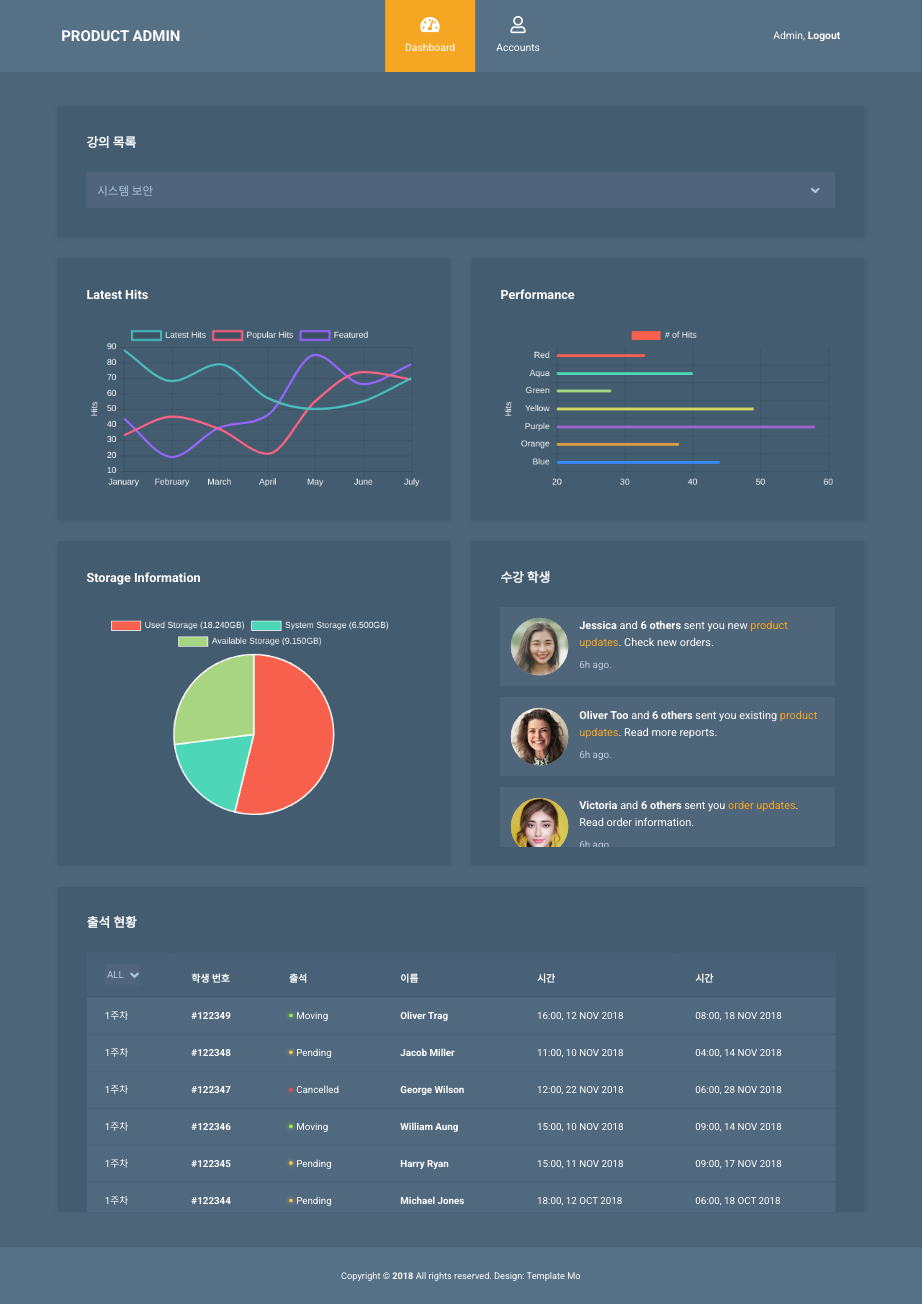
Repository: YJ-S2/2019-FaceAPI
Page: test1-master/web/123/WebContent/web1.html
The author's editor kept a copy of each file at every save. The page is drawn from the files as they stood at one save, then again after the next save.
The browser window is 1280 px wide. The pictures show the whole page, at 72% of full size.
An inner scrolling area shows only its first screen.

Above is the page before, as saved 2019-08-07 06:18:59.

### test1-master/web/123/WebContent/web1.html
<!DOCTYPE html>
<html lang="en">

<head>
    <meta charset="UTF-8">
    <meta name="viewport" content="width=device-width, initial-scale=1.0">
    <meta http-equiv="X-UA-Compatible" content="ie=edge">
    <title>Product Admin - Dashboard HTML Template</title>
    <link rel="stylesheet" href="https://fonts.googleapis.com/css?family=Roboto:400,700">
    <!-- https://fonts.google.com/specimen/Roboto -->
    <link rel="stylesheet" href="css/fontawesome.min.css">
    <!-- https://fontawesome.com/ -->
    <link rel="stylesheet" href="css/bootstrap.min.css">
    <!-- https://getbootstrap.com/ -->
    <link rel="stylesheet" href="css/templatemo-style.css">
    <!--
	Product Admin CSS Template
	https://templatemo.com/tm-524-product-admin
	-->
	<style>
	.custom-select30 {
	  width: 70%;
	  border: none;
	  color: #acc6de;
	  height: 30px;
	  -webkit-appearance: none;
	  -moz-appearance: none;
	  -ms-appearance: none;
	  -o-appearance: none;
	  appearance: none;
	  -webkit-border-radius: 0;
	  -moz-border-radius: 0;
	  -ms-border-radius: 0;
	  -o-border-radius: 0;
	  border-radius: 0;
	  padding: 3px;
	  background: url(../img/arrow-down.png) 98% no-repeat #50657b;
	}
	</style>
</head>

<body id="reportsPage">
    <div class="" id="home">
        <nav class="navbar navbar-expand-xl">
            <div class="container h-100">
                <a class="navbar-brand" href="index.html">
                    <h1 class="tm-site-title mb-0">Product Admin</h1>
                </a>
                <button class="navbar-toggler ml-auto mr-0" type="button" data-toggle="collapse" data-target="#navbarSupportedContent"
                    aria-controls="navbarSupportedContent" aria-expanded="false" aria-label="Toggle navigation">
                    <i class="fas fa-bars tm-nav-icon"></i>
                </button>

                <div class="collapse navbar-collapse" id="navbarSupportedContent">
                    <ul class="navbar-nav mx-auto h-100">
                        <li class="nav-item">
                            <a class="nav-link active" href="#">
                                <i class="fas fa-tachometer-alt"></i>
                                Dashboard
                                <span class="sr-only">(current)</span>
                            </a>
                        </li>

                        <li class="nav-item">
                            <a class="nav-link" href="http://localhost:9089/123/accounts.html">
                                <i class="far fa-user"></i>
                                Accounts
                            </a>
                        </li>
                    </ul>
                    <ul class="navbar-nav">
                        <li class="nav-item">
                            <a class="nav-link d-block" href="login.html">
                                Admin, <b>Logout</b>
                            </a>
                        </li>
                    </ul>
                </div>
            </div>

        </nav>
        <div class="container mt-5">
            <div class="row tm-content-row">
		          <div class="col-12 tm-block-col">
		            <div class="tm-bg-primary-dark tm-block tm-block-h-auto">
		              <h2 class="tm-block-title">강의 목록</h2>
		              <select class="custom-select">
		                <option value="0">시스템 보안</option>
		                <option value="1">모바일 소프트웨어</option>
		                <option value="2">시스템 프로그래밍</option>
		                <option value="3">데이터베이스 개론</option>
		                <option value="4">컴퓨터 구조</option>
		              </select>
		            </div>
		          </div>
		        </div>
            <!-- row -->
            <div class="row tm-content-row">

                <div class="col-sm-12 col-md-12 col-lg-6 col-xl-6 tm-block-col">
                    <div class="tm-bg-primary-dark tm-block">
                        <h2 class="tm-block-title">Latest Hits</h2>
                        <canvas id="lineChart"></canvas>
                    </div>
                </div>
                <div class="col-sm-12 col-md-12 col-lg-6 col-xl-6 tm-block-col">
                    <div class="tm-bg-primary-dark tm-block">
                        <h2 class="tm-block-title">Performance</h2>
                        <canvas id="barChart"></canvas>
                    </div>
                </div>

                <div class="col-sm-12 col-md-12 col-lg-6 col-xl-6 tm-block-col">
                    <div class="tm-bg-primary-dark tm-block tm-block-taller">
                        <h2 class="tm-block-title">Storage Information</h2>
                        <div id="pieChartContainer">
                            <canvas id="pieChart" class="chartjs-render-monitor" width="200" height="200"></canvas>
                        </div>
                    </div>
                </div>
                <div class="col-sm-12 col-md-12 col-lg-6 col-xl-6 tm-block-col">
                    <div class="tm-bg-primary-dark tm-block tm-block-taller tm-block-overflow">
                        <h2 class="tm-block-title">수강 학생</h2>
                        <div class="tm-notification-items">
                            <div class="media tm-notification-item">
                                <div class="tm-gray-circle"><img src="img/notification-01.jpg" alt="Avatar Image" class="rounded-circle"></div>
                                <div class="media-body">
                                    <p class="mb-2"><b>Jessica</b> and <b>6 others</b> sent you new <a href="#"
                                            class="tm-notification-link">product updates</a>. Check new orders.</p>
                                    <span class="tm-small tm-text-color-secondary">6h ago.</span>
                                </div>
                            </div>
                            <div class="media tm-notification-item">
                                <div class="tm-gray-circle"><img src="img/notification-02.jpg" alt="Avatar Image" class="rounded-circle"></div>
                                <div class="media-body">
                                    <p class="mb-2"><b>Oliver Too</b> and <b>6 others</b> sent you existing <a href="#"
                                            class="tm-notification-link">product updates</a>. Read more reports.</p>
                                    <span class="tm-small tm-text-color-secondary">6h ago.</span>
                                </div>
                            </div>
                            <div class="media tm-notification-item">
                                <div class="tm-gray-circle"><img src="img/notification-03.jpg" alt="Avatar Image" class="rounded-circle"></div>
                                <div class="media-body">
                                    <p class="mb-2"><b>Victoria</b> and <b>6 others</b> sent you <a href="#"
                                            class="tm-notification-link">order updates</a>. Read order information.</p>
                                    <span class="tm-small tm-text-color-secondary">6h ago.</span>
                                </div>
                            </div>
                            <div class="media tm-notification-item">
                                <div class="tm-gray-circle"><img src="img/notification-01.jpg" alt="Avatar Image" class="rounded-circle"></div>
                                <div class="media-body">
                                    <p class="mb-2"><b>Laura Cute</b> and <b>6 others</b> sent you <a href="#"
                                            class="tm-notification-link">product records</a>.</p>
                                    <span class="tm-small tm-text-color-secondary">6h ago.</span>
                                </div>
                            </div>
                            <div class="media tm-notification-item">
                                <div class="tm-gray-circle"><img src="img/notification-02.jpg" alt="Avatar Image" class="rounded-circle"></div>
                                <div class="media-body">
                                    <p class="mb-2"><b>Samantha</b> and <b>6 others</b> sent you <a href="#"
                                            class="tm-notification-link">order stuffs</a>.</p>
                                    <span class="tm-small tm-text-color-secondary">6h ago.</span>
                                </div>
                            </div>
                            <div class="media tm-notification-item">
                                <div class="tm-gray-circle"><img src="img/notification-03.jpg" alt="Avatar Image" class="rounded-circle"></div>
                                <div class="media-body">
                                    <p class="mb-2"><b>Sophie</b> and <b>6 others</b> sent you <a href="#"
                                            class="tm-notification-link">product updates</a>.</p>
                                    <span class="tm-small tm-text-color-secondary">6h ago.</span>
                                </div>
                            </div>
                            <div class="media tm-notification-item">
                                <div class="tm-gray-circle"><img src="img/notification-01.jpg" alt="Avatar Image" class="rounded-circle"></div>
                                <div class="media-body">
                                    <p class="mb-2"><b>Lily A</b> and <b>6 others</b> sent you <a href="#"
                                            class="tm-notification-link">product updates</a>.</p>
                                    <span class="tm-small tm-text-color-secondary">6h ago.</span>
                                </div>
                            </div>
                            <div class="media tm-notification-item">
                                <div class="tm-gray-circle"><img src="img/notification-02.jpg" alt="Avatar Image" class="rounded-circle"></div>
                                <div class="media-body">
                                    <p class="mb-2"><b>Amara</b> and <b>6 others</b> sent you <a href="#"
                                            class="tm-notification-link">product updates</a>.</p>
                                    <span class="tm-small tm-text-color-secondary">6h ago.</span>
                                </div>
                            </div>
                            <div class="media tm-notification-item">
                                <div class="tm-gray-circle"><img src="img/notification-03.jpg" alt="Avatar Image" class="rounded-circle"></div>
                                <div class="media-body">
                                    <p class="mb-2"><b>Cinthela</b> and <b>6 others</b> sent you <a href="#"
                                            class="tm-notification-link">product updates</a>.</p>
                                    <span class="tm-small tm-text-color-secondary">6h ago.</span>
                                </div>
                            </div>
                        </div>
                    </div>
                </div>
                <div class="col-12 tm-block-col">
                    <div class="tm-bg-primary-dark tm-block tm-block-taller tm-block-scroll">
                    	<h2 class="tm-block-title">출석 현황</h2>



                        <table class="table">
                            <thead>
                                <tr>
                                	<th scope="col">
	                                	<select class="custom-select30">
	                                		<option value="0">ALL</option>
							                <option value="1">1 주차</option>
							                <option value="2">2 주차</option>
							                <option value="3">3 주차</option>
							                <option value="4">4 주차</option>
							           	</select>
							        </th>
                                    <th scope="col">학생 번호</th>
                                    <th scope="col">출석</th>
                                    <th scope="col">이름</th>
                                    <th scope="col">시간</th>
                                    <th scope="col">시간</th>
                                </tr>
                            </thead>
                            <tbody>
                                <tr>
                                	<td>1주차</td>
                                    <th scope="row"><b>#122349</b></th>
                                    <td>
                                        <div class="tm-status-circle moving">
                                        </div>Moving
                                    </td>
                                    <td><b>Oliver Trag</b></td>
                                    <td>16:00, 12 NOV 2018</td>
                                    <td>08:00, 18 NOV 2018</td>
                                </tr>
                                <tr>
                                	<td>1주차</td>
                                    <th scope="row"><b>#122348</b></th>
                                    <td>
                                        <div class="tm-status-circle pending">
                                        </div>Pending
                                    </td>
                                    <td><b>Jacob Miller</b></td>
                                    <td>11:00, 10 NOV 2018</td>
                                    <td>04:00, 14 NOV 2018</td>
                                </tr>
                                <tr>
                                	<td>1주차</td>
                                    <th scope="row"><b>#122347</b></th>
                                    <td>
                                        <div class="tm-status-circle cancelled">
                                        </div>Cancelled
                                    </td>
                                    <td><b>George Wilson</b></td>
                                    <td>12:00, 22 NOV 2018</td>
                                    <td>06:00, 28 NOV 2018</td>
                                </tr>
                                <tr>
                                	<td>1주차</td>
                                    <th scope="row"><b>#122346</b></th>
                                    <td>
                                        <div class="tm-status-circle moving">
                                        </div>Moving
                                    </td>
                                    <td><b>William Aung</b></td>
                                    <td>15:00, 10 NOV 2018</td>
                                    <td>09:00, 14 NOV 2018</td>
                                </tr>
                                <tr>
                                	<td>1주차</td>
                                    <th scope="row"><b>#122345</b></th>
                                    <td>
                                        <div class="tm-status-circle pending">
                                        </div>Pending
                                    </td>
                                    <td><b>Harry Ryan</b></td>
                                    <td>15:00, 11 NOV 2018</td>
                                    <td>09:00, 17 NOV 2018</td>
                                </tr>
                                <tr>
                                	<td>1주차</td>
                                    <th scope="row"><b>#122344</b></th>
                                    <td>
                                        <div class="tm-status-circle pending">
                                        </div>Pending
                                    </td>
                                    <td><b>Michael Jones</b></td>
                                    <td>18:00, 12 OCT 2018</td>
                                    <td>06:00, 18 OCT 2018</td>
                                </tr>
                                <tr>
                                	<td>1주차</td>
                                    <th scope="row"><b>#122343</b></th>
                                    <td>
                                        <div class="tm-status-circle moving">
                                        </div>Moving
                                    </td>
                                    <td><b>Timmy Davis</b></td>
                                    <td>12:00, 10 OCT 2018</td>
                                    <td>08:00, 18 OCT 2018</td>
                                </tr>
                                <tr>
                                	<td>1주차</td>
                                    <th scope="row"><b>#122342</b></th>
                                    <td>
                                        <div class="tm-status-circle moving">
                                        </div>Moving
                                    </td>
                                    <td><b>Oscar Phyo</b></td>
                                    <td>15:30, 06 OCT 2018</td>
                                    <td>09:30, 16 OCT 2018</td>
                                </tr>
                                <tr>
                                	<td>1주차</td>
                                    <th scope="row"><b>#122341</b></th>
                                    <td>
                                        <div class="tm-status-circle moving">
                                        </div>Moving
                                    </td>
                                    <td><b>Charlie Brown</b></td>
                                    <td>11:00, 10 OCT 2018</td>
                                    <td>03:00, 14 OCT 2018</td>
                                </tr>
                                <tr>
                                	<td>1주차</td>
                                    <th scope="row"><b>#122340</b></th>
                                    <td>
                                        <div class="tm-status-circle cancelled">
                                        </div>Cancelled
                                    </td>
                                    <td><b>Wilson Cookies</b></td>
                                    <td>17:30, 12 OCT 2018</td>
                                    <td>08:30, 22 OCT 2018</td>
                                </tr>
                                <tr>
                                	<td>1주차</td>
                                    <th scope="row"><b>#122339</b></th>
                                    <td>
                                        <div class="tm-status-circle moving">
                                        </div>Moving
                                    </td>
                                    <td><b>Richard Clamon</b></td>
                                    <td>15:00, 12 OCT 2018</td>
                                    <td>09:20, 26 OCT 2018</td>
                                </tr>
                            </tbody>
                        </table>
                    </div>
                </div>
            </div>
        </div>
        <footer class="tm-footer row tm-mt-small">
            <div class="col-12 font-weight-light">
                <p class="text-center text-white mb-0 px-4 small">
                    Copyright &copy; <b>2018</b> All rights reserved.

                    Design: <a rel="nofollow noopener" href="https://templatemo.com" class="tm-footer-link">Template Mo</a>
                </p>
            </div>
        </footer>
    </div>

    <script src="js/jquery-3.3.1.min.js"></script>
    <!-- https://jquery.com/download/ -->
    <script src="js/moment.min.js"></script>
    <!-- https://momentjs.com/ -->
    <script src="js/Chart.min.js"></script>
    <!-- http://www.chartjs.org/docs/latest/ -->
    <script src="js/bootstrap.min.js"></script>
    <!-- https://getbootstrap.com/ -->
    <script src="js/tooplate-scripts.js"></script>
    <script>
        Chart.defaults.global.defaultFontColor = 'white';
        let ctxLine,
            ctxBar,
            ctxPie,
            optionsLine,
            optionsBar,
            optionsPie,
            configLine,
            configBar,
            configPie,
            lineChart;
        barChart, pieChart;
        // DOM is ready
        $(function () {
            drawLineChart(); // Line Chart
            drawBarChart(); // Bar Chart
            drawPieChart(); // Pie Chart

            $(window).resize(function () {
                updateLineChart();
                updateBarChart();
            });
        })
    </script>
</body>

</html>

Loaded but not shown: test1-master/web/123/WebContent/css/fontawesome.min.css (library); test1-master/web/123/WebContent/css/bootstrap.min.css (library); test1-master/web/123/WebContent/js/jquery-3.3.1.min.js (library); test1-master/web/123/WebContent/js/moment.min.js (library); test1-master/web/123/WebContent/js/Chart.min.js (library); test1-master/web/123/WebContent/js/bootstrap.min.js (library); test1-master/web/123/WebContent/js/tooplate-scripts.js (common file); test1-master/web/123/WebContent/css/templatemo-style.css (709 lines, source omitted)

After the next save:
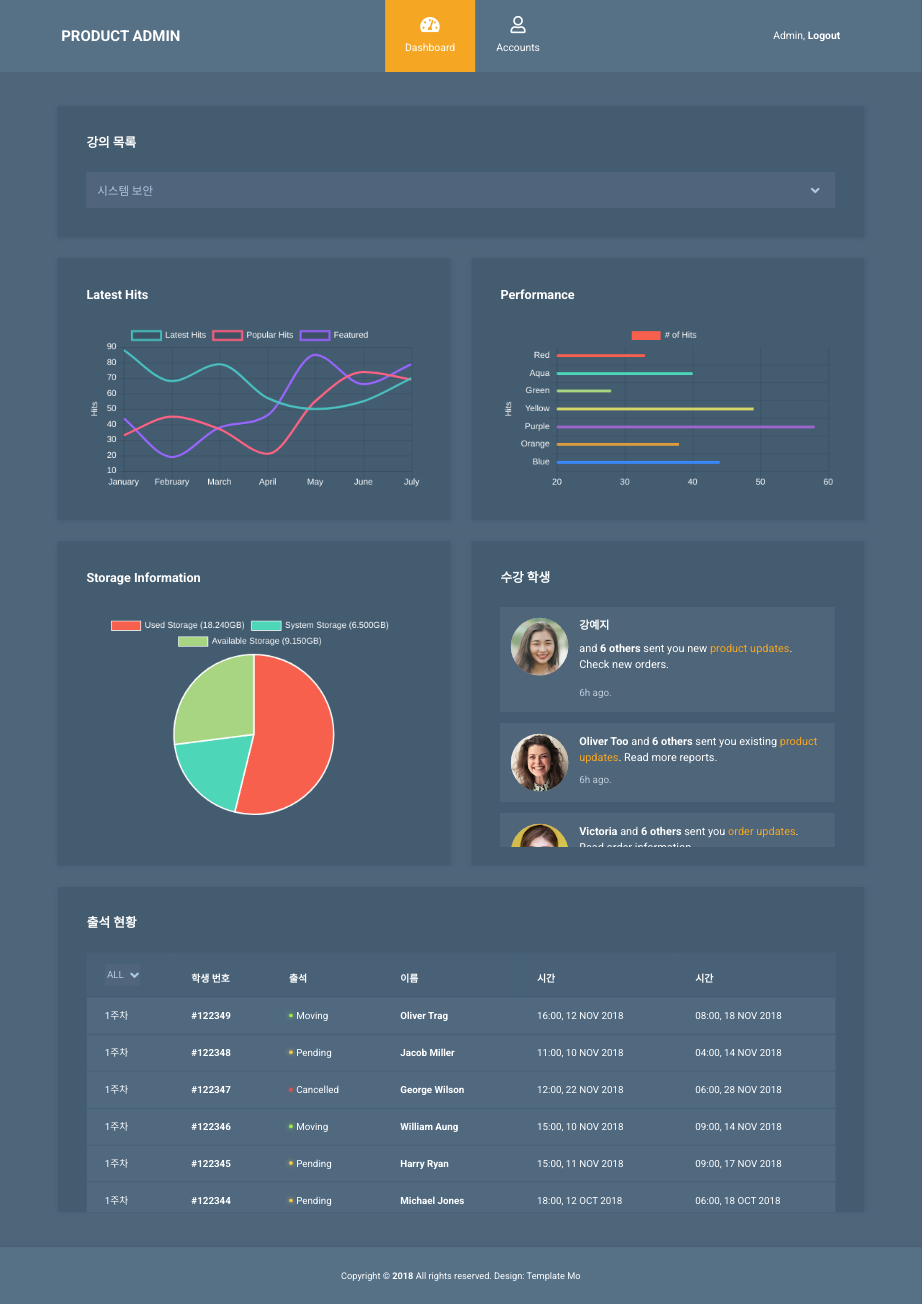
Saved 6 min 6 s later.
--- a/test1-master/web/123/WebContent/web1.html
+++ b/test1-master/web/123/WebContent/web1.html
@@ -125,7 +125,7 @@
                             <div class="media tm-notification-item">
                                 <div class="tm-gray-circle"><img src="img/notification-01.jpg" alt="Avatar Image" class="rounded-circle"></div>
                                 <div class="media-body">
-                                    <p class="mb-2"><b>Jessica</b> and <b>6 others</b> sent you new <a href="#"
+                                    <p class="mb-2"><b>강예지</b></p> and <b>6 others</b> sent you new <a href="#"
                                             class="tm-notification-link">product updates</a>. Check new orders.</p>
                                     <span class="tm-small tm-text-color-secondary">6h ago.</span>
                                 </div>
